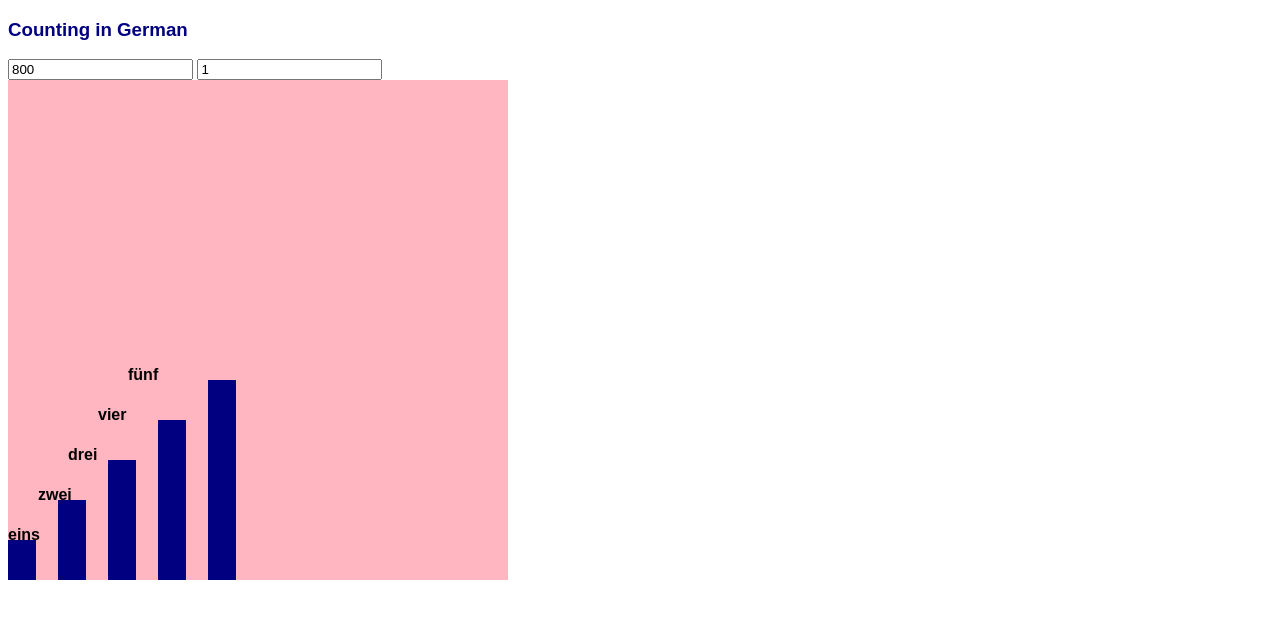
Repository: salonieshah/thesis
Page: bar-chart-vue-d3/index.html
The author's editor kept a record of every edit. The page is drawn from the files as they stood at one moment, then again after the next edit.
The browser window is 1280 px wide. The pictures show the whole page.

Above is the page before.

### bar-chart-vue-d3/index.html
<!DOCTYPE html>
<html>

<head>
  <meta charset="utf-8">
  <title>Simple Vue Bar Chart</title>
  <link rel="stylesheet" href="style.css">
  <!-- provided some basic styles, which elements are transitioned might be interesting to look at -->
  <script src="https://d3js.org/d3.v5.min.js"></script>
  <!-- D3 here -->
  <script src="https://cdn.jsdelivr.net/npm/vue/dist/vue.js"></script>
  <!-- and Vue here -->
</head>

<body>
  <!-- This is our container div, that we will reference in our script-->
  <div id="bars">
    <div id="center">
      <h3>{{ chartTitle }}</h3>
    </div>
    <div>
      <input type="text" v-model="svgWidth"/>
      <input type="text" v-model="data[0].val"/>
    </div>
    <svg :height="svgHeight"  :width="svgHeight" >
    <!--<svg v-bind:height="svgHeight"> --> <!--Adding : or v-bind and colon can connect it to attribute-->

        <!--<rect x="10" y="10" width="40" height="100"/> -->
       <rect v-for="(element, index) in data"
          :height="element.val*40"
          :width="28"
          :x="index*50"
          :y="svgHeight-element.val*40"
          fill="navy"
        />
        <text v-for="(element, index) in data"
          :x="index*30"
          :y="svgHeight-element.val*40"
          >
          {{ element.name }}
        </text>
    </svg>
  </div>
  <!-- It’s important that your script is at the bottom of your body,
  because we need the DOM to be ready-->
  <script src="script.js"></script>
</body>

</html>

### bar-chart-vue-d3/style.css
html {
  font-family: Arial, Helvetica, sans-serif;
  font-weight: 900;
  color: navy
}

#bars {
  margin: 0 auto;
}

svg {
  background-color: lightpink;
}

rect {
  transition: all 0.4s ease-in-out 0.4s;
}

### bar-chart-vue-d3/script.js
/* global Vue */

var app = new Vue({
  // This is the id of our referenced div-element
  // only this element and everything in it
  // will be connected to the data
  el: '#bars',
  data: { // Has to be called data
    chartTitle: "Counting in German",
    svgHeight: 500,
    svgWidth: 800,
    data: [
      { name: "eins", val: 1 },
      { name: "zwei", val: 2 },
      { name: "drei", val: 3 },
      { name: "vier", val: 4 },
      { name: "fünf", val: 5 }
    ]
  },
  // computed
})

After the next edit:
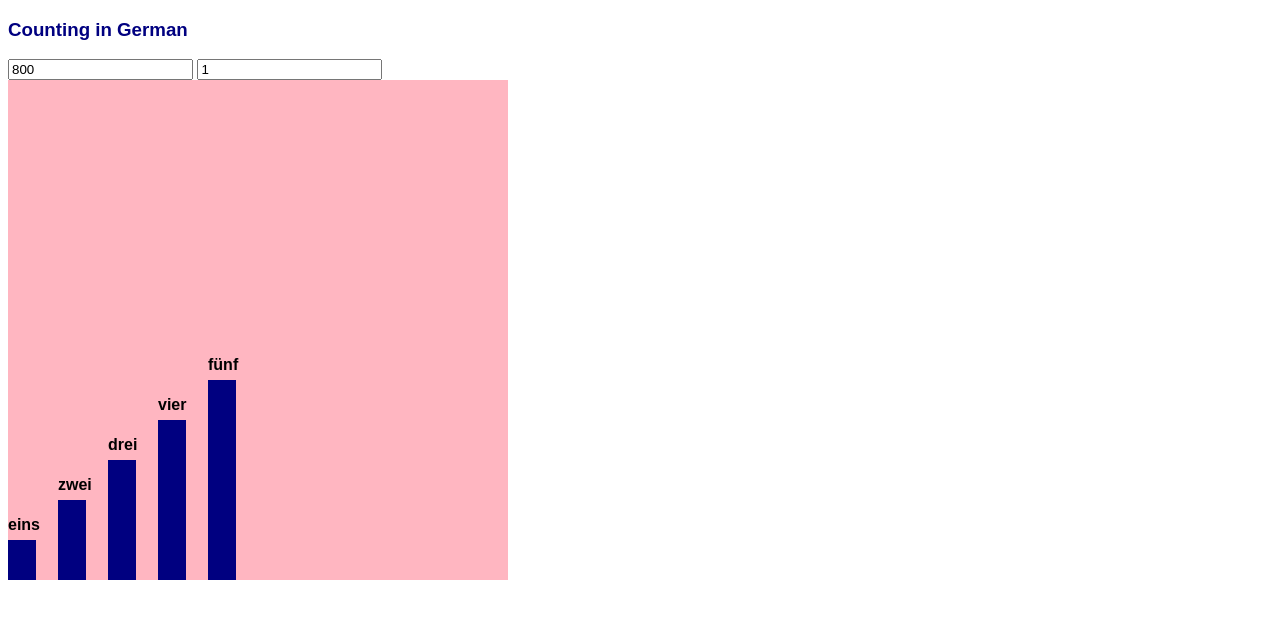
The edit:
--- a/bar-chart-vue-d3/index.html
+++ b/bar-chart-vue-d3/index.html
@@ -34,8 +34,8 @@
           fill="navy"
         />
         <text v-for="(element, index) in data"
-          :x="index*30"
-          :y="svgHeight-element.val*40"
+          :x="index*50"
+          :y="svgHeight-element.val*40 - 10"
           >
           {{ element.name }}
         </text>
